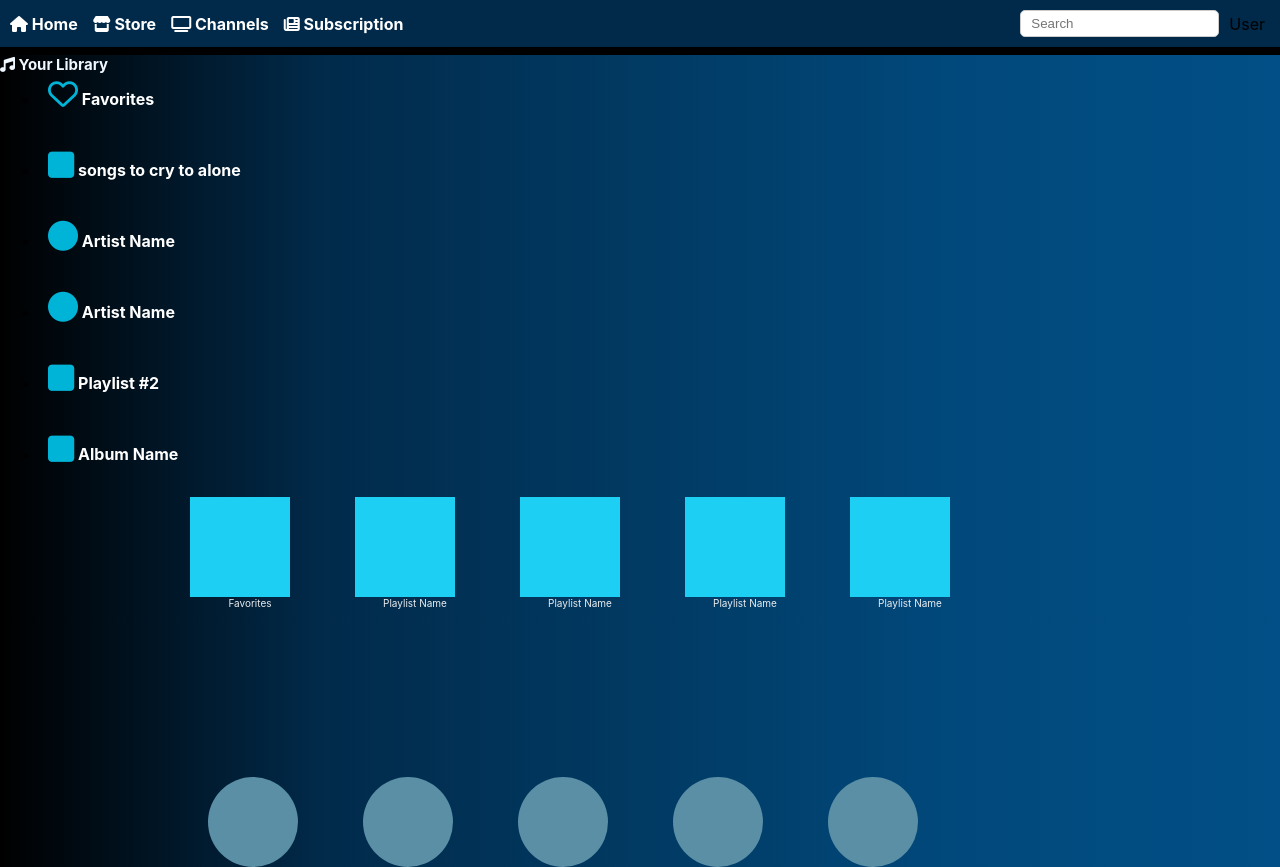
Repository: gordonnrat/group-2-project
Page: / (app in source-code/)
An editor plug-in stored every save of this project. The page is shown before and after the next save, followed by the edit.
The browser window is 1280 px wide. The pictures show the whole page.
The project was rebuilt for these pictures with package versions that can differ from the ones it lists, and the page was loaded fresh each time. Also part of the build but not shown: source-code/src/App.css, source-code/src/App.js, source-code/src/components/pages/Login.js.

Above is the page before, as saved 2023-07-29 21:33:41.

After the next save:
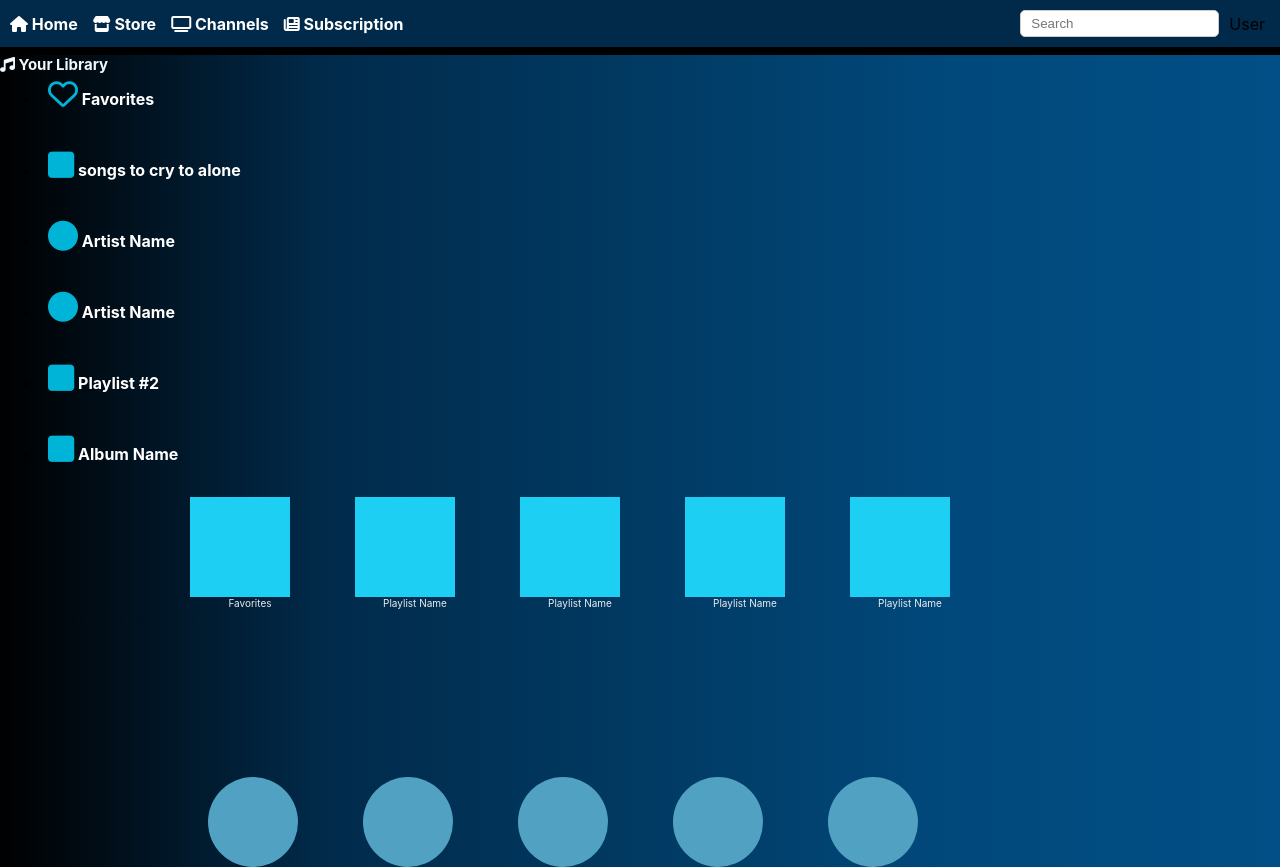
Saved 4 s later.
--- a/source-code/src/components/pages/js.css
+++ b/source-code/src/components/pages/js.css
@@ -64,7 +64,7 @@
   width: 90px;
   height: 90px;
   border-radius: 50%;
-  background-color: rgb(90, 143, 165); /* You can set the color for the circles */
+  background-color: rgb(81, 161, 195); /* You can set the color for the circles */
   position: absolute;
   top: 160px; /* Adjust the vertical position of the circles below the squares */
   left: 30%; /* Horizontally center the circles */
